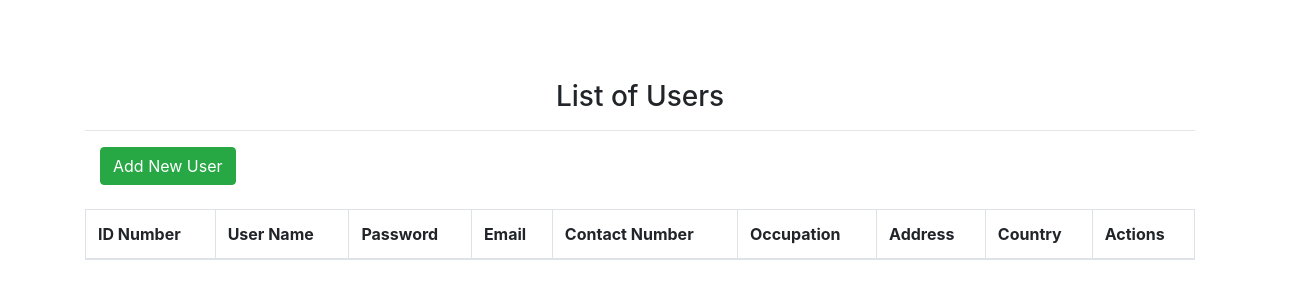
Repository: chamoddevinda0001/myfirstServelet
Page: http://localhost/OnlineEventManagementSystem/user-list.jsp
An editor plug-in stored every save of this project. The page is shown before and after the next save, followed by the edit.
The browser window is 1280 px wide. The page is 1295 px wide, so the pictures cover 1295 px, including what lies to the right of the window. The pictures show the whole page.
The page is served by Tomcat 9. Other server files are loaded and not shown.

Above is the page before, as saved 2020-10-15 16:36:37.

### OnlineEventManagementSystem/WebContent/user-list.jsp
<%@ page language="java" contentType="text/html; charset=ISO-8859-1"
    pageEncoding="ISO-8859-1"%>
<%@ taglib uri="http://java.sun.com/jsp/jstl/core" prefix="c"%>
<!DOCTYPE html>
<html>
<head>
<title>Online Management Application</title>
<link rel="stylesheet"
	href="https://stackpath.bootstrapcdn.com/bootstrap/4.3.1/css/bootstrap.min.css"
	integrity="sha384-ggOyR0iXCbMQv3Xipma34MD+dH/1fQ784/j6cY/iJTQUOhcWr7x9JvoRxT2MZw1T"
	crossorigin="anonymous">
</head>
<body>

	<header>
		<nav class="navbar navbar-expand-md navbar-dark"
			style="background-color: ADD8E6;">
			<div>
				<a href="https://www.javaguides.net" class="navbar-brand"> User
					Management App </a>
			</div>

			<ul class="navbar-nav">
				<li><a href="<%=request.getContextPath()%>/list"
					class="nav-link">Users</a></li>
			</ul>
		</nav>
	</header>
	<br>

	<div class="row">
		<!-- <div class="alert alert-success" *ngIf='message'>{{message}}</div> -->

		<div class="container">
			<h3 class="text-center">List of Users</h3>
			<hr>
			<div class="container text-left">

				<a href="<%=request.getContextPath()%>/new" class="btn btn-success">Add
					New User</a>
			</div>
			<br>
			<table class="table table-bordered">
				<thead>
					<tr>

						<th>ID Number</th>
						<th>User Name</th>
						<th>Password</th>
						<th>Email</th>
						<th>Contact Number</th>
						<th>Occupation</th>
						<th>Address</th>
						<th>Country</th>
						<th>Actions</th>
					</tr>
				</thead>
				<tbody>
					<!--   for (Todo todo: todos) {  -->
					<c:forEach var="user" items="${listUser}">

						<tr>
							<td><c:out value="${user.idnumber}" /></td>
							<td><c:out value="${user.username}" /></td>
							<td><c:out value="${user.password}" /></td>
							<td><c:out value="${user.email}" /></td>
							<td><c:out value="${user.contactno}" /></td>
							<td><c:out value="${user.occupation}" /></td>
							<td><c:out value="${user.address}" /></td>
							<td><c:out value="${user.country}" /></td>

							<td><a href="edit?id=<c:out value='${user.idnumber}' />">Edit</a>
								&nbsp;&nbsp;&nbsp;&nbsp; <a
								href="delete?id=<c:out value='${user.idnumber}' />">Delete</a></td>
						</tr>
					</c:forEach>
					<!-- } -->
				</tbody>

			</table>
		</div>
	</div>
</body>
</html>

After the next save:
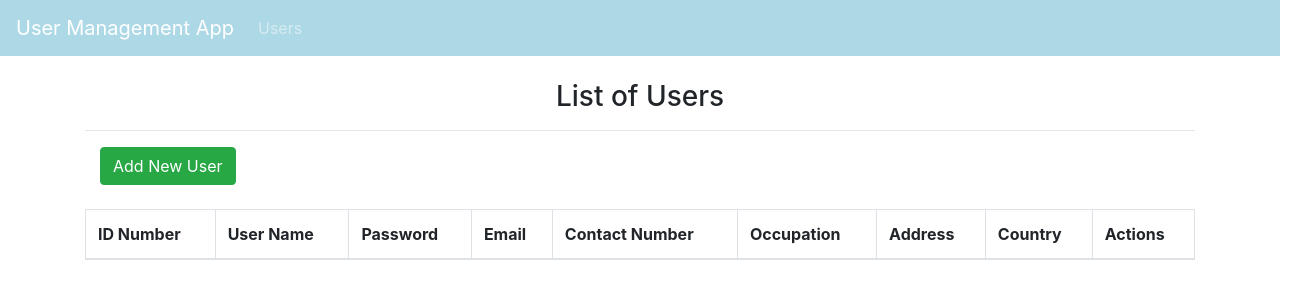
Saved 108 s later.
--- a/OnlineEventManagementSystem/WebContent/user-list.jsp
+++ b/OnlineEventManagementSystem/WebContent/user-list.jsp
@@ -14,7 +14,7 @@
 
 	<header>
 		<nav class="navbar navbar-expand-md navbar-dark"
-			style="background-color: ADD8E6;">
+			style="background-color: #ADD8E6;">
 			<div>
 				<a href="https://www.javaguides.net" class="navbar-brand"> User
 					Management App </a>
